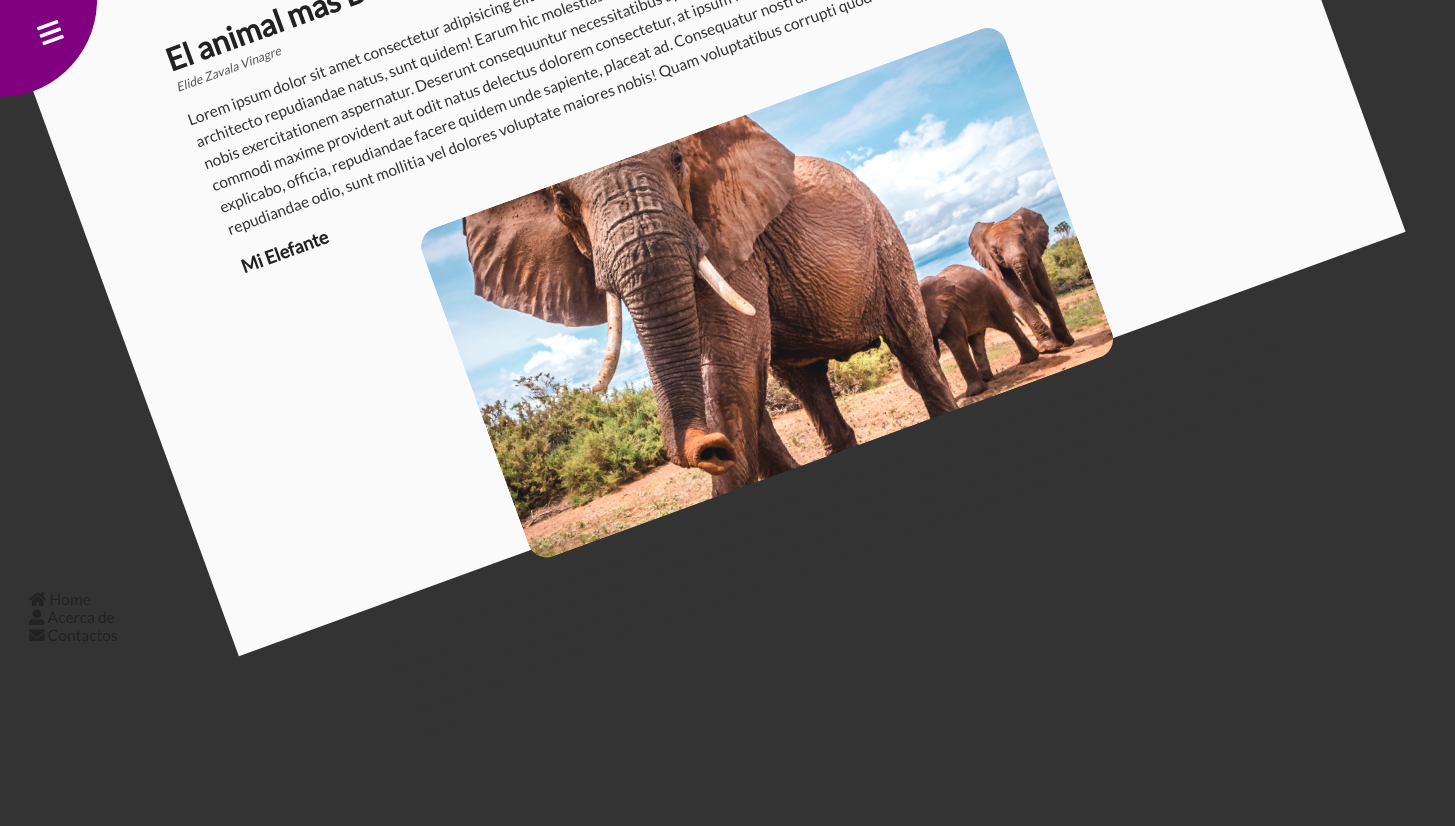
Repository: ElideZavala/Navagacion-en-rotacion
Page: index.html
These files come from the project's save history. The page is drawn as it stood at one moment and after the next save; the edit follows.
The browser window is 1280 px wide. The page is 1500 px wide, so the pictures cover 1500 px, including what lies to the right of the window. The pictures show the whole page, at 97% of full size.

Above is the page before, as saved 2021-05-29 09:56:05.

### index.html
<!DOCTYPE html>
<html lang="en">
<head>
	<meta charset="UTF-8">
	<meta http-equiv="X-UA-Compatible" content="IE=edge">
	<meta name="viewport" content="width=device-width, initial-scale=1.0">
	<link rel="stylesheet" href="https://cdnjs.cloudflare.com/ajax/libs/font-awesome/5.15.3/css/all.min.css" integrity="sha512-iBBXm8fW90+nuLcSKlbmrPcLa0OT92xO1BIsZ+ywDWZCvqsWgccV3gFoRBv0z+8dLJgyAHIhR35VZc2oM/gI1w==" crossorigin="anonymous" referrerpolicy="no-referrer" />
	<link rel="stylesheet" href="style.css">
	<link rel="stylesheet" href="normalize.css">
	<title>Navegación Giratoria</title>
</head>
<body>
	<div class="container show-nav">
		<div class="circle-container">
			<div class="circle">
				<button id="close">
					<i class="fas fa-times"></i>
				</button>
				<button id="open">
					<i class="fas fa-bars"></i>
				</button>
			</div>
		</div>

		<div class="content">
			<h1 class="title">El animal mas Bello del planeta Tierra</h1>
			<small>Elide Zavala Vinagre</small>
			<p>Lorem ipsum dolor sit amet consectetur adipisicing elit. Sapiente, numquam assumenda delectus quia aut totam error mollitia dolorem eaque, architecto repudiandae natus, sunt quidem! Earum hic molestias debitis accusamus, facere, reiciendis tempore, amet qui numquam commodi nobis exercitationem aspernatur. Deserunt consequuntur necessitatibus aperiam voluptate veniam reiciendis laudantium odio ullam non rerum commodi maxime provident aut odit natus delectus dolorem consectetur, at ipsum fuga eum eius? Repellat numquam dignissimos error explicabo, officia, repudiandae facere quidem unde sapiente, placeat ad. Consequatur nostrum temporibus culpa repellat, vero optio at repudiandae odio, sunt mollitia vel dolores voluptate maiores nobis! Quam voluptatibus corrupti quod excepturi!</p>

			<h3 class="title">Mi Elefante</h3>
			<img class="img" src="./Elefante.jpg" alt="Elefante">
			<p>Lorem ipsum dolor sit amet, consectetur adipisicing elit. Perferendis repellendus autem cumque sequi in laudantium possimus blanditiis. Quis eos tempore, nisi commodi sit molestiae perferendis laboriosam doloremque dolor delectus consectetur cum perspiciatis adipisci suscipit officia vitae doloribus. Veniam nemo aliquam illo. Eaque recusandae, soluta enim odio numquam ab iure placeat quidem in repellendus nemo odit laboriosam culpa sequi et ratione officia natus praesentium facere iste, cupiditate velit ad? Dicta debitis ipsum sequi recusandae corrupti magnam!</p>
		</div>
	</div>

	<nav>
		<ul>
			<li><i class="fas fa-home"></i> Home</li>
			<li><i class="fas fa-user-alt"></i> Acerca de</li>
			<li><i class="fas fa-envelope"></i> Contactos</li>
		</ul>
	</nav>



	<script src="./script.js"></script>
</body>
</html>

### style.css
@import url('https://fonts.googleapis.com/css?family=Lato&display=swap');

* {
	box-sizing: border-box;
}

body {
	font-family: 'Lato', sans-serif;
	background-color: #333;
	color: #222;
	overflow: hidden;
	margin: 0;
}

.container {
	background-color: #fafafa;
	transform-origin: top left;
	transition: transform 0.5s linear;
	width: 100vw;
	height: 100vh;
	padding: 50px;
}

.container.show-nav {
	transform: rotate(-20deg);
}

.img{
	width: 50vw;
	height: 50vh;
	display: flex;
	border-radius: 20px;
	object-fit: cover;
	margin: auto;
}

.circle-container {
	position: fixed;
	top: -100px;
	left: -100px;
}

.circle {
	background-color: purple;
	height: 200px;
	width: 200px;
	border-radius: 50%;
	position: relative;
	transition: transform 0.5s linear;
}

.circle button {
	cursor: pointer;
	position: absolute;
	top: 50%;
	left: 50%;
	height: 100px;
	background: transparent;
	border: 0;
	font-size: 26px;
	color: #fff;
}

.circle button:focus {
	outline: none;
}

.circle button#open {
	left: 60%;
}

.circle button#close {
	top: 60%;
	transform: rotate(90deg);
	transform-origin: top left;
	cursor: pointer;
}

nav {
	position: fixed;
	bottom: 40px;
	left: 0;
	z-index: 100;
}

nav ul {
	list-style-type: none;
	padding-left: 30px;
}

.content {
	max-width: 1000px;
	margin: 50px auto;
}

.content h1 {
	margin: 0;
}

.content small {
	color: #555;
	font-style: italic;
}

.content p {
	color: #333;
	line-height: 1.5;
}

Loaded but not shown: normalize.css (library); script.js (no stored copy; drawn as an empty file)

After the next save:
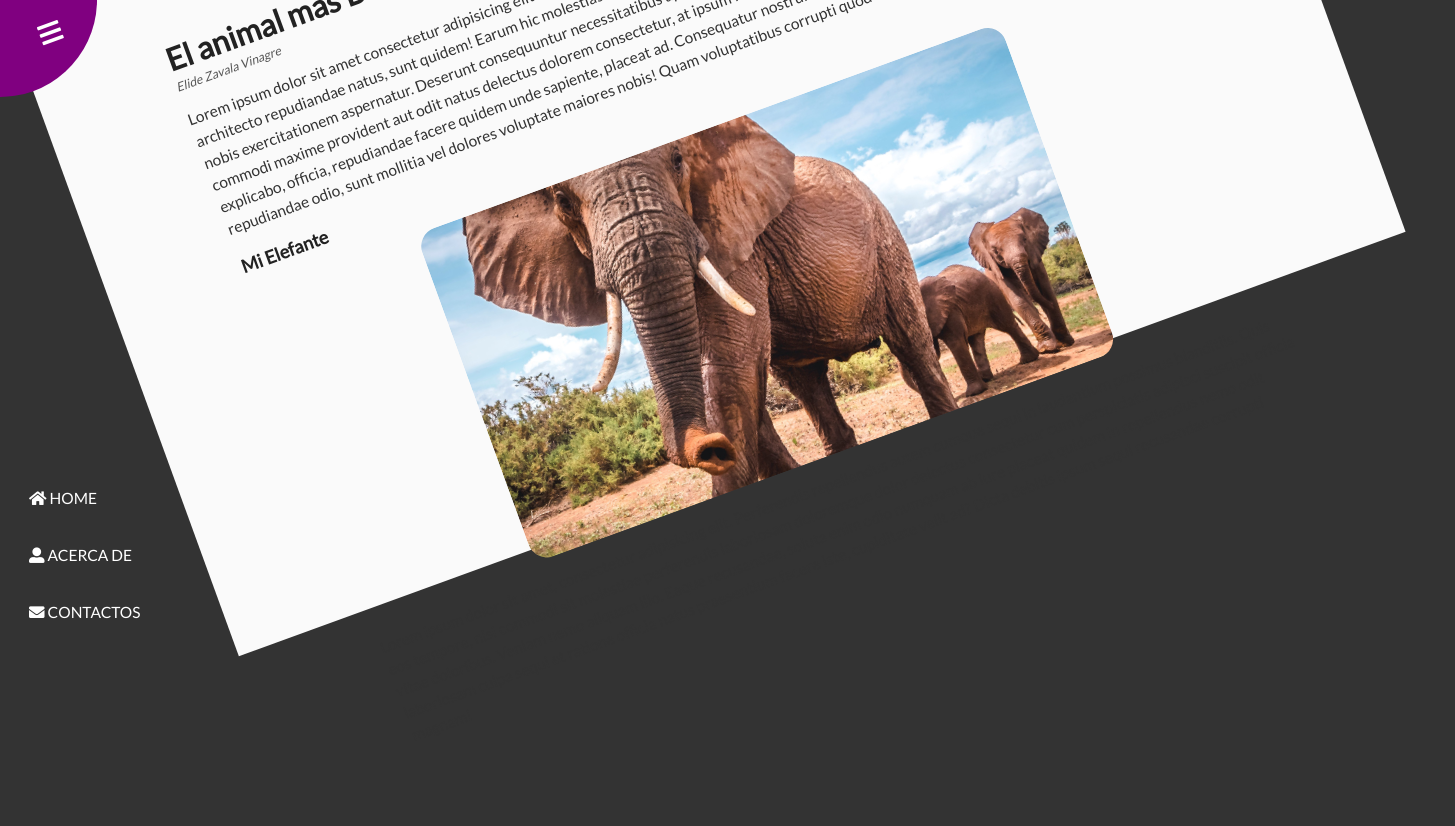
Saved 47 s later.
--- a/style.css
+++ b/style.css
@@ -88,6 +88,12 @@ nav ul {
 	padding-left: 30px;
 }
 
+nav ul li {
+	text-transform: uppercase;
+	color: #fff;
+	margin: 40px 0;
+}
+
 .content {
 	max-width: 1000px;
 	margin: 50px auto;
